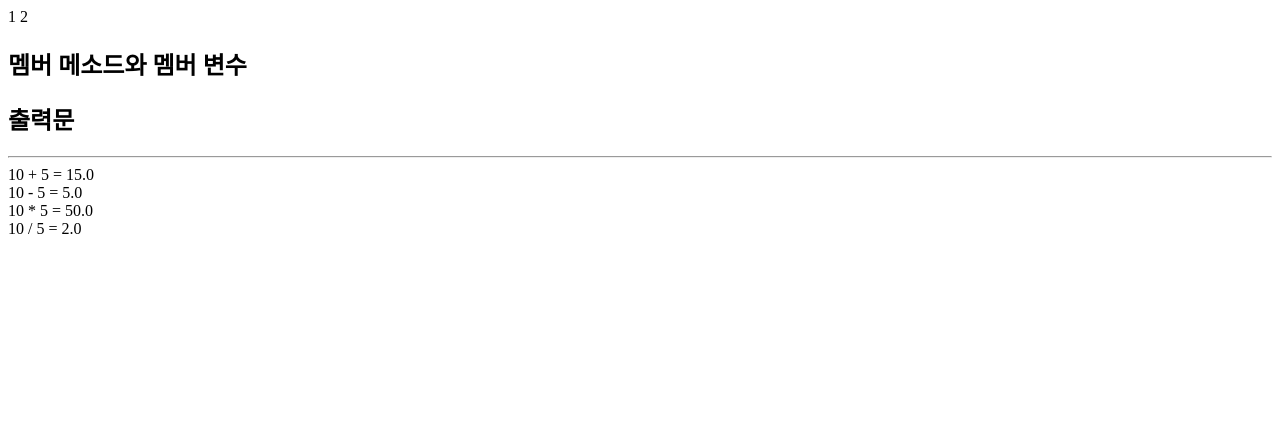
Repository: tldnwkd/jspclass2026
Page: http://localhost/chapter01/test04.jsp
An editor plug-in stored every save of this project. The page is shown before and after a run of saves, followed by the edit.
The browser window is 1280 px wide. The pictures show the whole page.
The page is served by Tomcat 9.

Above is the page before, as saved 2026-10-16 03:03:46.

### chapter01/src/main/webapp/test04.jsp
<%@ page language="java" contentType="text/html; charset=UTF-8"
    pageEncoding="UTF-8" import="java.util.*"%>
<!DOCTYPE html>
<html>
<head>
<meta charset="UTF-8">
<title>Insert title here</title>
</head>
<body>
 <!-- 선언문 작성하는 방법 -->
 <!-- 선언문을 통해 작성한 메소드,변수는 멤버변수,멤버메소드가 된다. -->
 <%! public void inCremment(){}; %>
 <!-- 아래 선언문은 전역변수 또는 멤버변수이다. -->
 <%! int i= 1; %>
 <%= i %>
 <!-- 아래 스크립트릿은 지역변수가 된다. -->
 <% int i =2; %>
 <%= i %>
 <h2> 멤버 메소드와 멤버 변수</h2>
 <%!
 	String str = "선언 예제";
 	/* 연산자 처리 메소드 생성 */
 	public double cal(double num1, double num2, String op){
 		double result = 0.0;
 		if(op.equals("+")){
 			result = num1+num2;
 		}else if(op.equals("-")){
 			result = num1-num2;
 		}else if(op.equals("*")){
 			result = num1*num2;
 		}else{
 			result = num1/num2;
 		}
 		return result;
 	}
 %>
 <h2>출력문</h2>
 <hr>
 10 + 5 = <%=cal(10,5,"+")%><br/>
 10 - 5 = <%=cal(10,5,"-")%><br/>
 10 * 5 = <%=cal(10,5,"*")%><br/>
 10 / 5 = <%=cal(10,5,"/")%><br/>
</body>
</html>

After the next 2 saves:
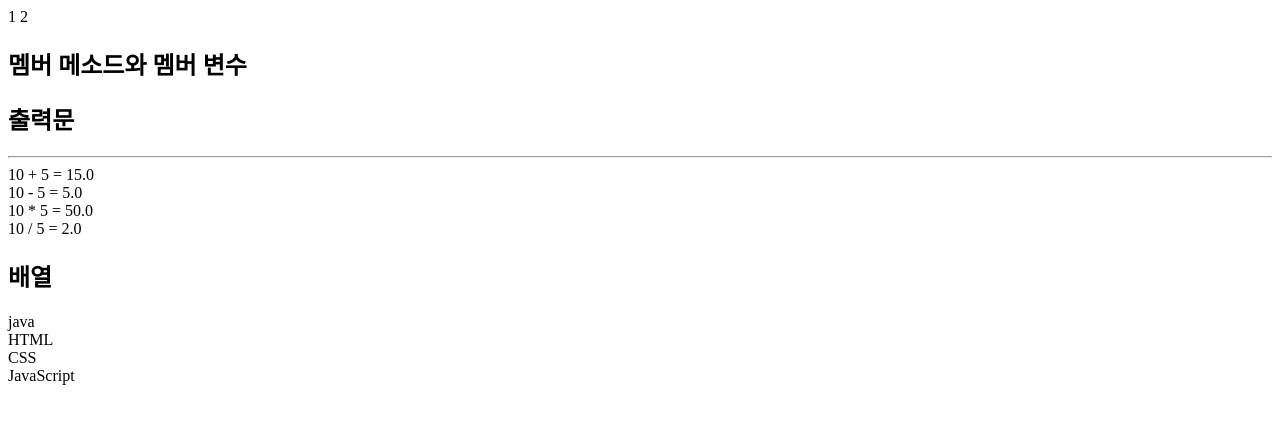
The 2 saves are shown as one change because they came seconds apart.
The last was saved 5 min 11 s later.
--- a/chapter01/src/main/webapp/test04.jsp
+++ b/chapter01/src/main/webapp/test04.jsp
@@ -40,5 +40,14 @@
  10 - 5 = <%=cal(10,5,"-")%><br/>
  10 * 5 = <%=cal(10,5,"*")%><br/>
  10 / 5 = <%=cal(10,5,"/")%><br/>
+ <!-- 배열 -->
+ <h2>배열</h2>
+ <%
+ 	String arr[] = {"java","HTML","CSS","JavaScript"};
+ 	for(int j=0; j<arr.length; j++){
+ 		/* 표현식 스크립트릿을 사용하지 않고 브라우저로 출력하는 방법 */
+ 		out.print(arr[j]+"<br/>");
+ 	}
+ %>
 </body>
 </html>
